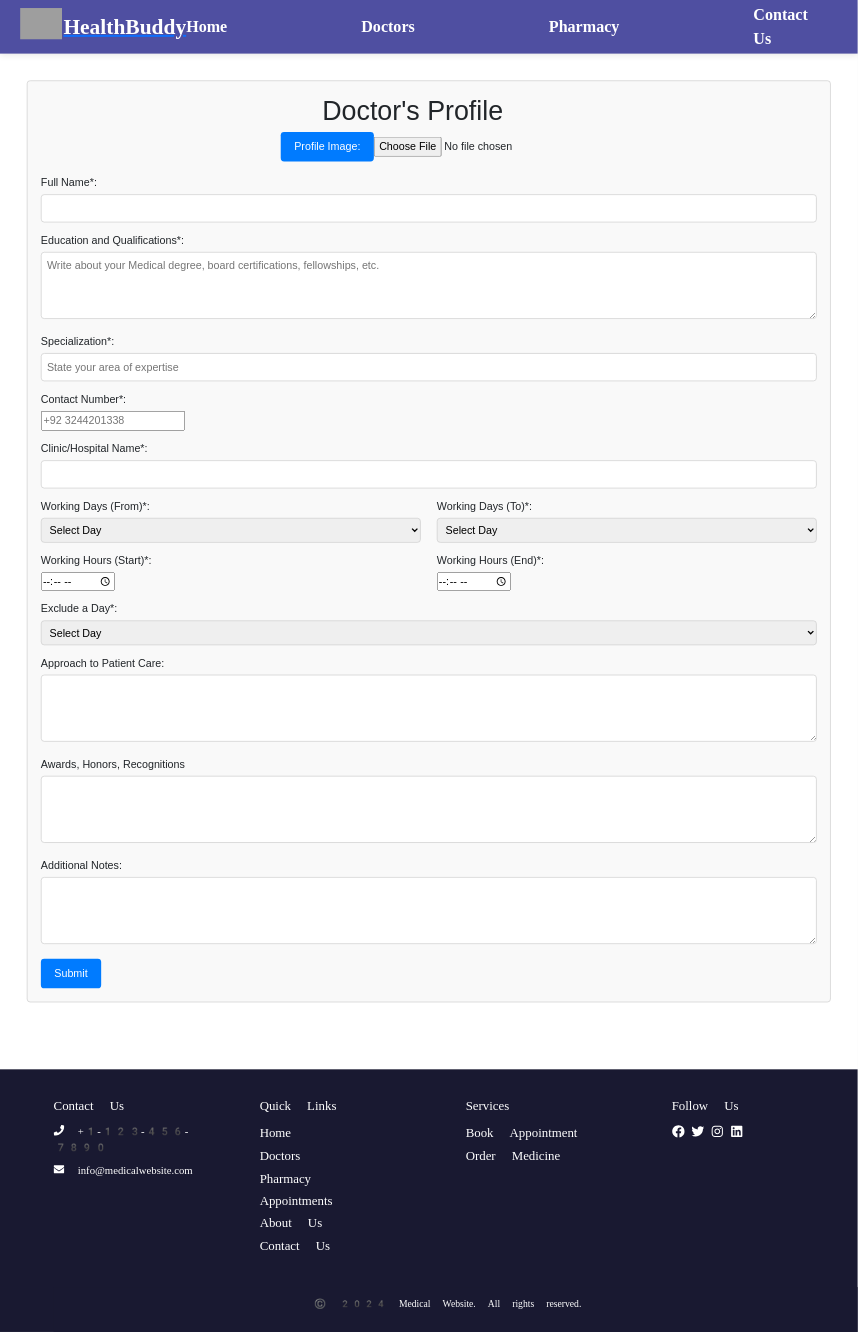
Repository: WajihaGul/MedicalApp-Frontend
Page: /ViewDoctorProfile
These files come from the project's save history. The page is drawn as it stood at one moment and after the next save; the edit follows.
The browser window is 1280 px wide. The pictures show the whole page, at 67% of full size.
Pictures or frames that could not be fetched are drawn as grey boxes. The project was rebuilt for these pictures with package versions that can differ from the ones it lists, and the page was loaded fresh each time. Also part of the build but not shown: vite.config.js, src/index.css, src/App.css, src/Components/Accomplishments/Accomplishments.module.css, src/Components/Accomplishments/Accomplishments.jsx, src/Components/Experience/Experience.module.css, src/Components/Experience/Experience.jsx, src/Components/LandingPage/LandingPage.module.css and 47 more.

Above is the page before, as saved 2024-06-09 17:11:30.

After the next save:
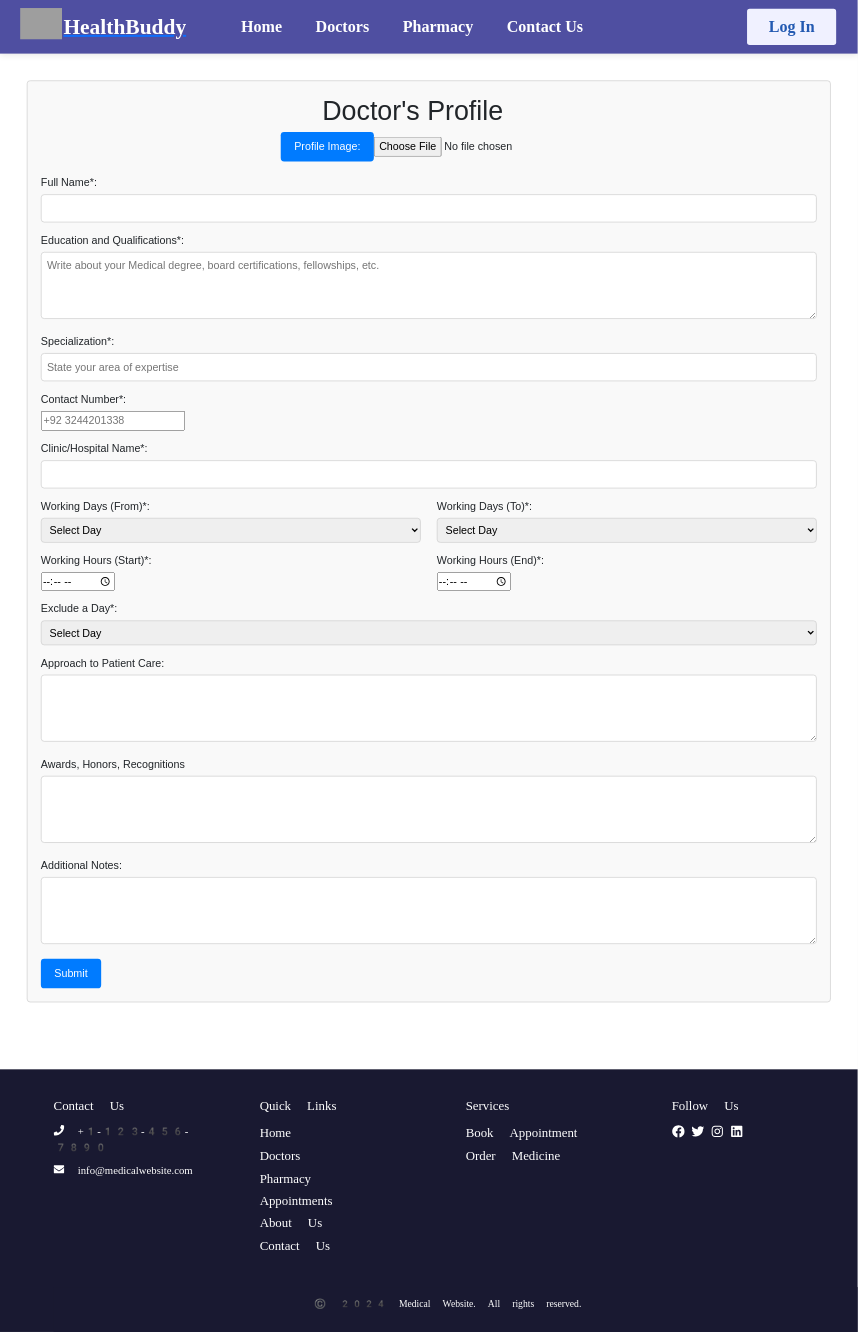
Saved 41 s later.
--- a/src/Components/NavigationBar/Navbar.module.css
+++ b/src/Components/NavigationBar/Navbar.module.css
@@ -16,7 +16,7 @@ nav {
 .allnav {
 display: flex;
 align-items: center;
-gap: 200px;
+gap: 50px;
 margin-right: 190px;
 }
 
